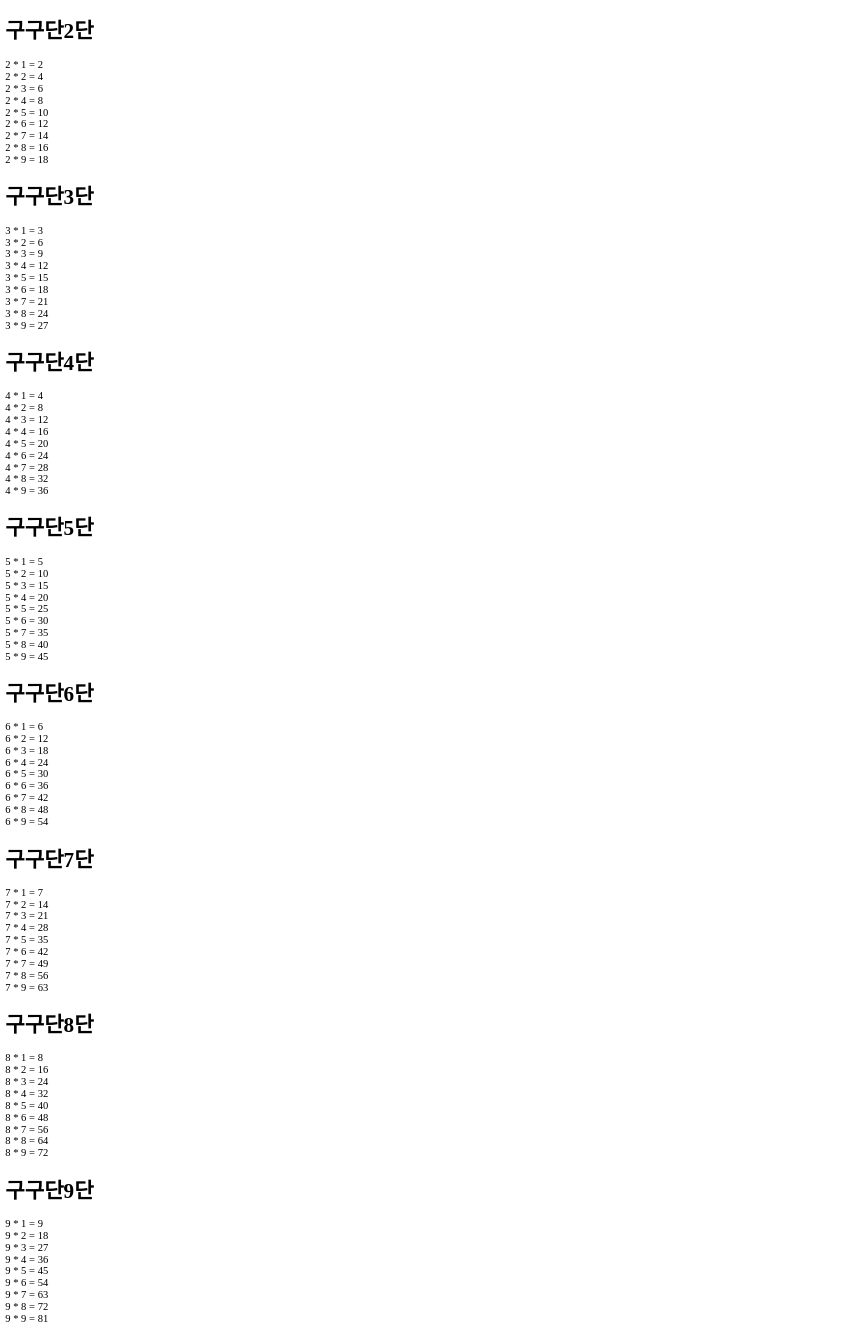
Repository: GITJIWOO/JavaBasic
Page: http://localhost/JSPBasic/gugudan.jsp
An editor plug-in stored every save of this project. The page is shown before and after the next save, followed by the edit.
The browser window is 1280 px wide. The pictures show the whole page, at 66% of full size.
The page is served by Tomcat 9.

Above is the page before, as saved 2021-07-29 03:37:59.

After the next save:
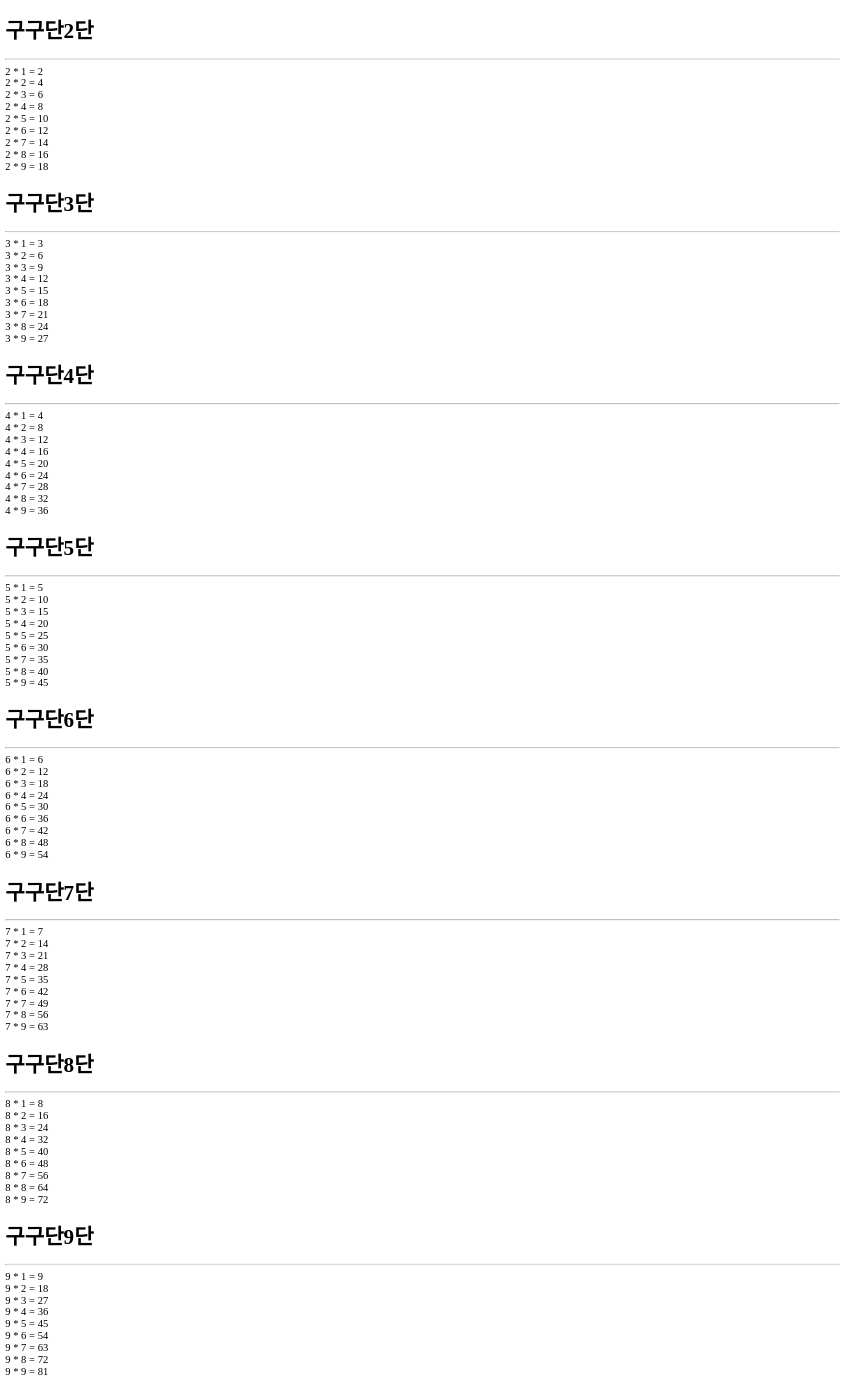
Saved 32 s later.
--- a/JSPBasic/WebContent/gugudan.jsp
+++ b/JSPBasic/WebContent/gugudan.jsp
@@ -9,7 +9,7 @@
 <body>
 	<%
 	for(int i = 2; i <= 9; i++) {
-		out.println("<h1>구구단" + i +"단</h1>");
+		out.println("<h1>구구단" + i +"단</h1><hr/>");
 		for(int j = 1; j <= 9; j++) {
 		out.println(i + " * " + j + " = " + (j * i) + "<br>");
 		}
